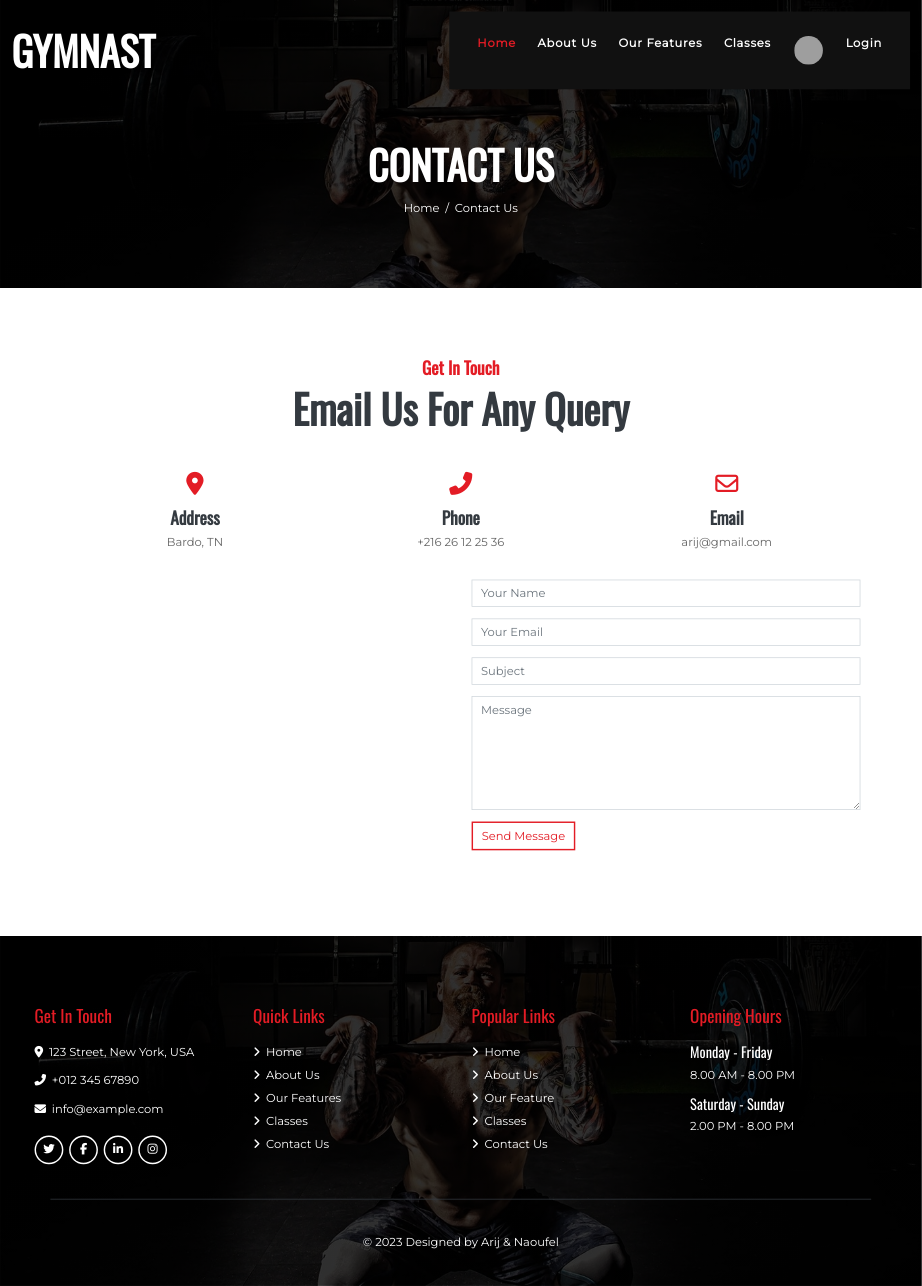
Repository: Arouja/frontgym
Page: /contact
An editor plug-in stored every save of this project. The page is shown before and after the next save, followed by the edit.
The browser window is 1280 px wide. The pictures show the whole page, at 72% of full size.
Pictures or frames that could not be fetched are drawn as grey boxes. Some web libraries are served in a nearby version. The project was rebuilt for these pictures with package versions that can differ from the ones it lists, and the page was loaded fresh each time. Also part of the build but not shown: src/App.css, src/Components/about/About.jsx, src/Components/classes/Classes.jsx, src/Components/home/Home.jsx, src/Components/feature/Feature.jsx, src/actions/authActions.js, src/Components/login/Login.jsx, src/Components/profile/profile.jsx and 4 more.

Above is the page before, as saved 2023-09-29 16:34:07.

After the next save:
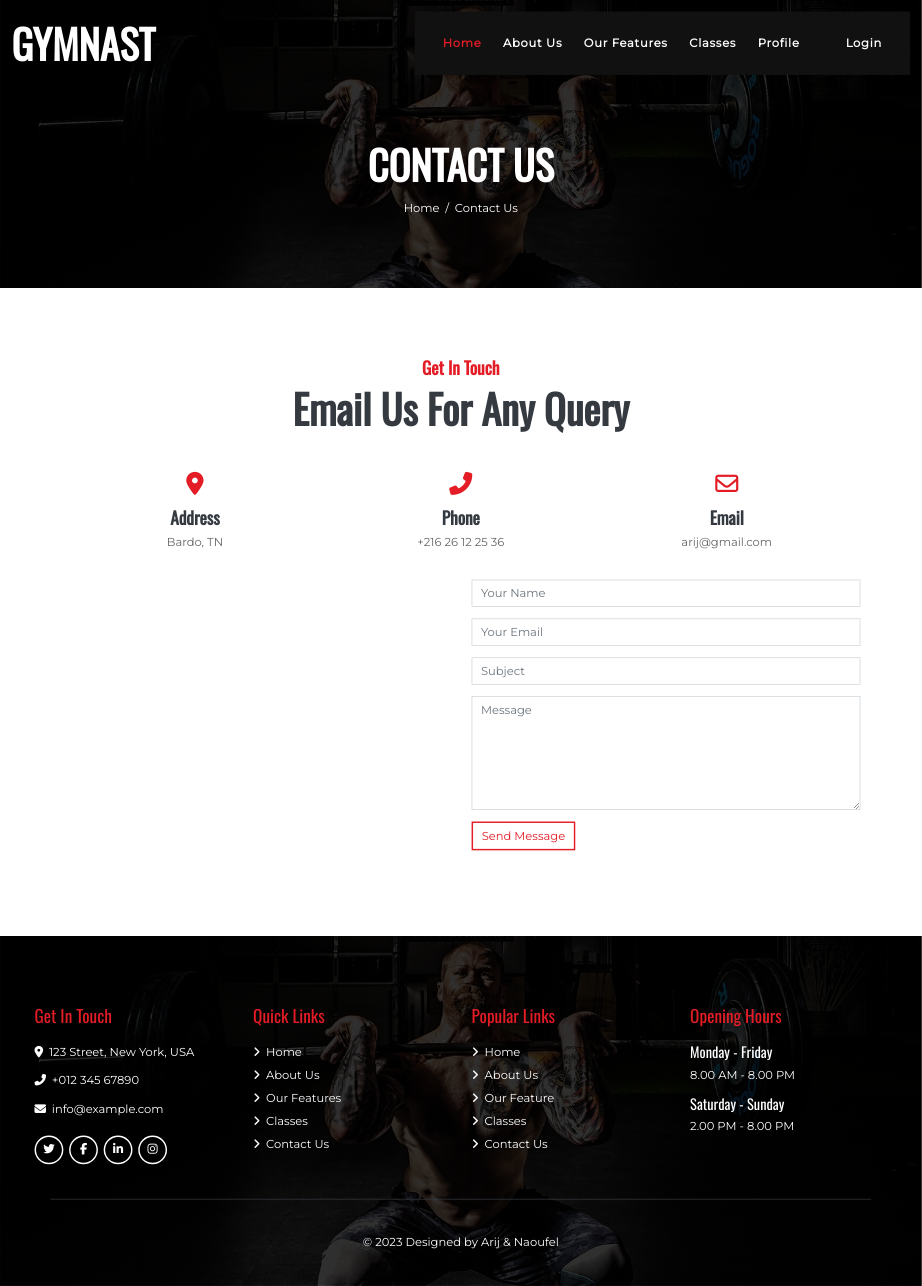
Saved 3 min 29 s later.
--- a/src/Components/navbar/Navbar.jsx
+++ b/src/Components/navbar/Navbar.jsx
@@ -44,6 +44,7 @@ const Navbar = () => {
               <Link className="nav-item nav-link" to="/classes">
                 Classes
               </Link>
+              {<Link className="nav-item nav-link" to="/profile">Profile</Link>}
               <div className="nav-item dropdown">
                 <button
                   className="nav-link btn btn-link"
@@ -52,20 +53,24 @@ const Navbar = () => {
                   aria-expanded="false"
                   onClick={toggleDropdown}
                 >
-                  <img
-                    src="https://i.pravatar.cc/85"
-                    alt="Profile"
-                    className="rounded-circle" // Add rounded class
-                    style={{
-                      width: "40px",
-                      height: "40px",
-                      margin: "relative",
-                    }} // Define custom width and height
-                  />
+                   {token && (
+                    <img
+                      src="https://i.pravatar.cc/85"
+                      alt="Profile"
+                      className="rounded-circle"
+                      style={{
+                        width: "40px",
+                        height: "40px",
+                        margin: "relative",
+                      }}
+                    />
+                  )}
                 </button>
-                {isDropdownOpen && (
+                {token && (
                   <div className="dropdown-menu dropdown-menu-right text-capitalize">
-                    {token && <Link className="nav-item nav-link" to="/profile">Profile</Link>}
+                    <Link to="/profile" className="dropdown-item">
+                      Profile
+                    </Link>
                     <Link to="/account" className="dropdown-item">
                       Account
                     </Link>
@@ -79,8 +84,6 @@ const Navbar = () => {
                 )}
               </div>
               {!token && <Link className="nav-item nav-link" to="/login">Login</Link>}
-
-
             </div>
           </div>
         </nav>
